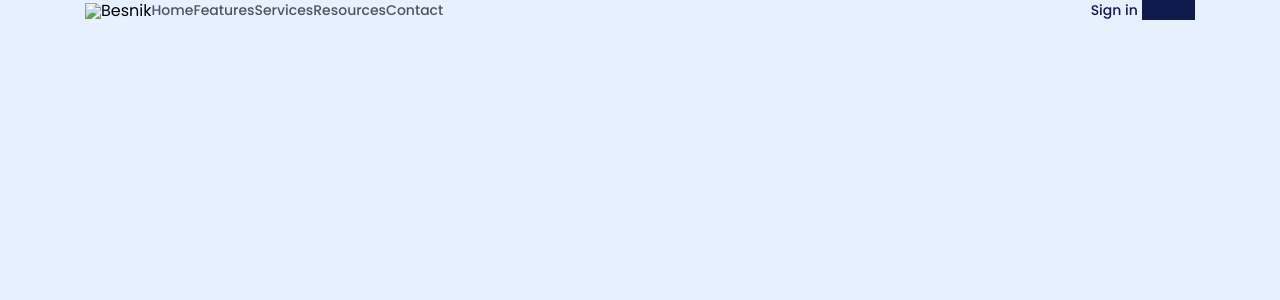
Repository: Phu2992/htmlcss-f8-01
Page: index.html
The author's editor kept a copy of each file at every save. The page is drawn from the files as they stood at one save, then again after the next save.
The browser window is 1280 px wide. The pictures show the whole page.

Above is the page before, as saved 2024-09-25 22:05:02.

### index.html
<!DOCTYPE html>
<html lang="en">
    <head>
        <meta charset="UTF-8" />
        <meta name="viewport" content="width=device-width, initial-scale=1.0" />
        <link rel="stylesheet" href="./assets/css/reset.css" />
        <link rel="stylesheet" href="./assets/fonts/stylesheet.css" />
        <link rel="stylesheet" href="./assets/css/styles.css" />
        <title>F8-Project-1</title>
    </head>
    <body>
        <!-- Header -->
        <header class="header">
            <div class="content">
                <nav class="navbar">
                    <img src="./assets/img/logo.svg" alt="Besnik" />
                    <ul>
                        <li>Home</li>
                        <li>Features</li>
                        <li>Services</li>
                        <li>Resources</li>
                        <li>Contact</li>
                    </ul>
                    <div class="action">
                        <a href="#!">Sign in</a>
                        <a class="btn btn-action" href="#!">Sign up</a>
                    </div>
                </nav>
            </div>
        </header>
    </body>
</html>

### assets/fonts/stylesheet.css
/* ===================== Poppins====================== */
@font-face {
    font-family: "Poppins";
    src: url("poppins/Poppins-Bold.woff2") format("woff2"),
        url("poppins/Poppins-Bold.woff") format("woff");
    font-weight: bold;
    font-style: normal;
    font-display: swap;
}

@font-face {
    font-family: "Poppins";
    src: url("poppins/Poppins-BlackItalic.woff2") format("woff2"),
        url("poppins/Poppins-BlackItalic.woff") format("woff");
    font-weight: 900;
    font-style: italic;
    font-display: swap;
}

@font-face {
    font-family: "Poppins";
    src: url("poppins/Poppins-Black.woff2") format("woff2"),
        url("poppins/Poppins-Black.woff") format("woff");
    font-weight: 900;
    font-style: normal;
    font-display: swap;
}

@font-face {
    font-family: "Poppins";
    src: url("poppins/Poppins-ExtraBold.woff2") format("woff2"),
        url("poppins/Poppins-ExtraBold.woff") format("woff");
    font-weight: bold;
    font-style: normal;
    font-display: swap;
}

@font-face {
    font-family: "Poppins";
    src: url("poppins/Poppins-ExtraLight.woff2") format("woff2"),
        url("poppins/Poppins-ExtraLight.woff") format("woff");
    font-weight: 200;
    font-style: normal;
    font-display: swap;
}

@font-face {
    font-family: "Poppins";
    src: url("poppins/Poppins-BoldItalic.woff2") format("woff2"),
        url("poppins/Poppins-BoldItalic.woff") format("woff");
    font-weight: bold;
    font-style: italic;
    font-display: swap;
}

@font-face {
    font-family: "Poppins";
    src: url("poppins/Poppins-ExtraBoldItalic.woff2") format("woff2"),
        url("poppins/Poppins-ExtraBoldItalic.woff") format("woff");
    font-weight: bold;
    font-style: italic;
    font-display: swap;
}

@font-face {
    font-family: "Poppins";
    src: url("poppins/Poppins-Light.woff2") format("woff2"),
        url("poppins/Poppins-Light.woff") format("woff");
    font-weight: 300;
    font-style: normal;
    font-display: swap;
}

@font-face {
    font-family: "Poppins";
    src: url("poppins/Poppins-LightItalic.woff2") format("woff2"),
        url("poppins/Poppins-LightItalic.woff") format("woff");
    font-weight: 300;
    font-style: italic;
    font-display: swap;
}

@font-face {
    font-family: "Poppins";
    src: url("poppins/Poppins-Italic.woff2") format("woff2"),
        url("poppins/Poppins-Italic.woff") format("woff");
    font-weight: normal;
    font-style: italic;
    font-display: swap;
}

@font-face {
    font-family: "Poppins";
    src: url("poppins/Poppins-ExtraLightItalic.woff2") format("woff2"),
        url("poppins/Poppins-ExtraLightItalic.woff") format("woff");
    font-weight: 200;
    font-style: italic;
    font-display: swap;
}

@font-face {
    font-family: "Poppins";
    src: url("poppins/Poppins-Medium.woff2") format("woff2"),
        url("poppins/Poppins-Medium.woff") format("woff");
    font-weight: 500;
    font-style: normal;
    font-display: swap;
}

@font-face {
    font-family: "Poppins";
    src: url("poppins/Poppins-ThinItalic.woff2") format("woff2"),
        url("poppins/Poppins-ThinItalic.woff") format("woff");
    font-weight: 100;
    font-style: italic;
    font-display: swap;
}

@font-face {
    font-family: "Poppins";
    src: url("poppins/Poppins-Thin.woff2") format("woff2"),
        url("poppins/Poppins-Thin.woff") format("woff");
    font-weight: 100;
    font-style: normal;
    font-display: swap;
}

@font-face {
    font-family: "Poppins";
    src: url("poppins/Poppins-SemiBold.woff2") format("woff2"),
        url("poppins/Poppins-SemiBold.woff") format("woff");
    font-weight: 600;
    font-style: normal;
    font-display: swap;
}

@font-face {
    font-family: "Poppins";
    src: url("poppins/Poppins-SemiBoldItalic.woff2") format("woff2"),
        url("poppins/Poppins-SemiBoldItalic.woff") format("woff");
    font-weight: 600;
    font-style: italic;
    font-display: swap;
}

@font-face {
    font-family: "Poppins";
    src: url("poppins/Poppins-MediumItalic.woff2") format("woff2"),
        url("poppins/Poppins-MediumItalic.woff") format("woff");
    font-weight: 500;
    font-style: italic;
    font-display: swap;
}

@font-face {
    font-family: "Poppins";
    src: url("poppins/Poppins-Regular.woff2") format("woff2"),
        url("poppins/Poppins-Regular.woff") format("woff");
    font-weight: normal;
    font-style: normal;
    font-display: swap;
}

### assets/css/styles.css
* {
    box-sizing: border-box;
}

html {
    font-size: 62.5%;
}

body {
    font-size: 1.6rem;
    font-family: "Poppins", sans-serif;
}

/* common */
.content {
    width: 1110px;
    margin-left: auto;
    margin-right: auto;
}

.header {
    background-color: #e6f0ff;
    height: 100vh;
    margin: auto;
}

.btn {
    height: 50px;
    background-color: #0f1b4c;
    color: #fff;
    text-align: center;
    font-size: 14px;
    font-style: normal;
    font-weight: 500;
    line-height: normal;
}
.action a {
    text-decoration: none;
    color: #0f1b4c;
    font-size: 1.4rem;
    font-style: normal;
    font-weight: 500;
    line-height: normal;
}

.navbar {
    display: flex;
    align-items: center;
}

.navbar ul {
    color: #4f5361;
    font-size: 1.4rem;
    font-style: normal;
    font-weight: 500;
    line-height: normal;
    display: flex;
}

.action {
    margin-left: auto;
}

.btn .btn-action {
    color: #fff;
}

Loaded but not shown: assets/css/reset.css (common file)

After the next save:
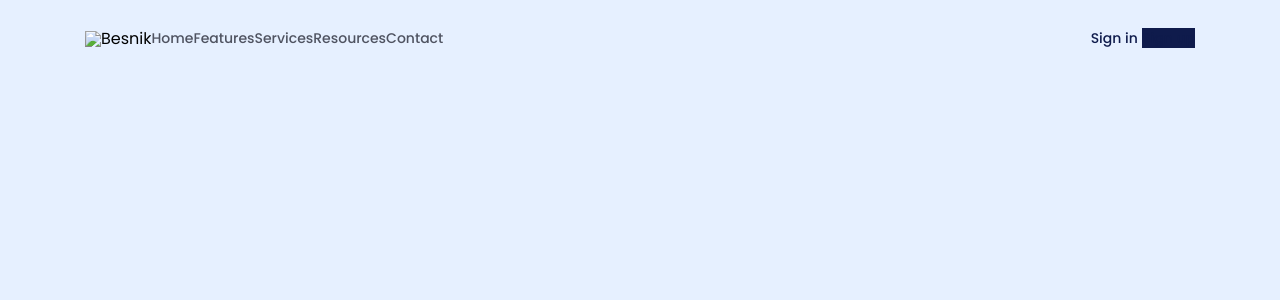
Saved 2 min 33 s later.
--- a/assets/css/styles.css
+++ b/assets/css/styles.css
@@ -55,6 +55,7 @@
     font-weight: 500;
     line-height: normal;
     display: flex;
+    margin: 28px 0;
 }
 
 .action {

After the save that followed:
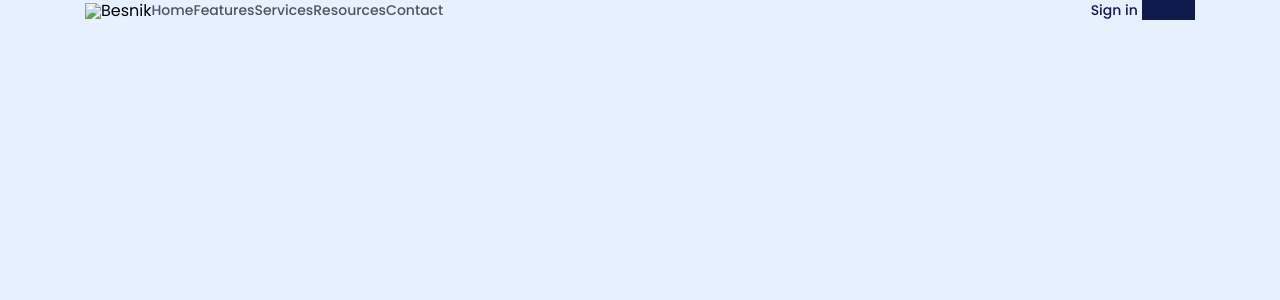
Saved 9 s later.
--- a/assets/css/styles.css
+++ b/assets/css/styles.css
@@ -55,7 +55,6 @@
     font-weight: 500;
     line-height: normal;
     display: flex;
-    margin: 28px 0;
 }
 
 .action {
